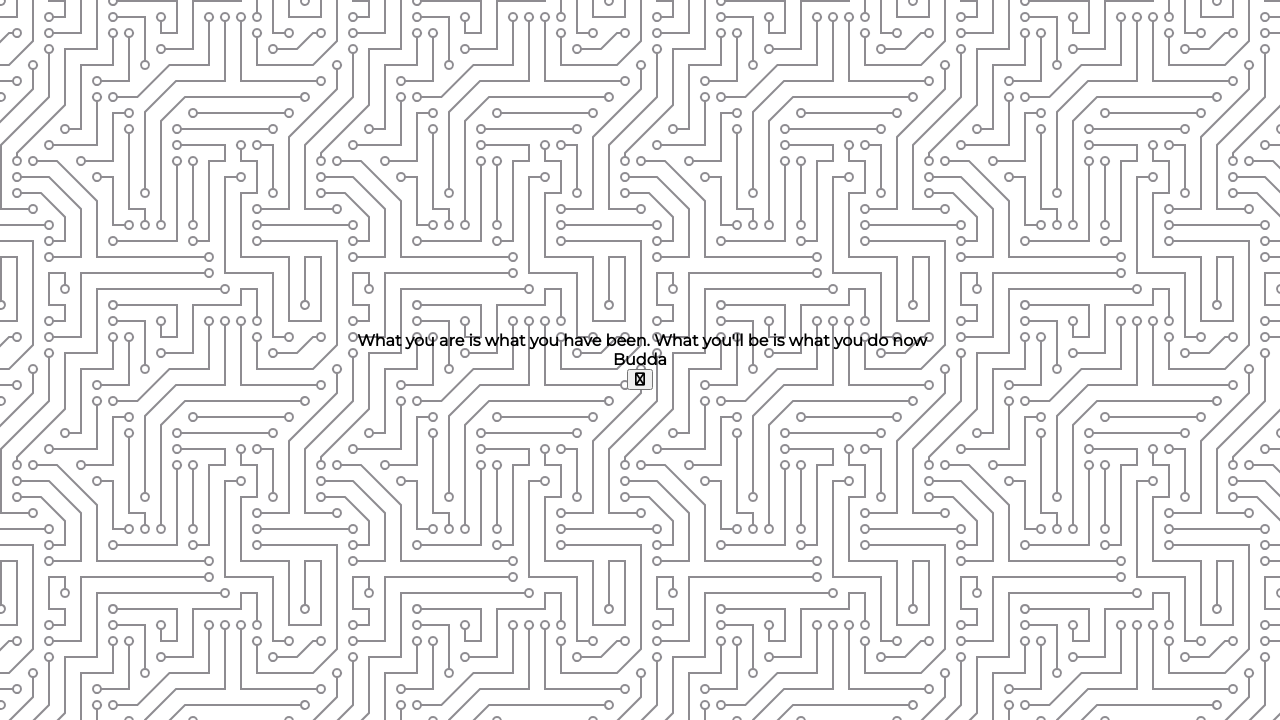
Repository: davidwood3/test-template
Page: .vscode/quote-generator/index.html
These files come from the project's save history. The page is drawn as it stood at one moment and after the next save; the edit follows.
The browser window is 1280 px wide. The pictures show the whole page.
Some icons come from a web library that is not loaded, so they are not drawn. Some web libraries are served in a nearby version.

Above is the page before, as saved 2023-07-25 19:02:45.
Console error: SyntaxError: Unexpected token '<'

### .vscode/quote-generator/index.html
<!DOCTYPE html>
<html lang="en">
<head>
    <meta charset="UTF-8">
    <meta name="viewport" content="width=device-width, initial-scale=1.0">
    <title>Quote Gererator</title>

    <script src="https://kit.fontawesome.com/f13702c793.js" crossorigin="anonymous"></script>

    <link rel="stylesheet" href="style.css"
</head>
<body>
   <div class="quote-container" id="quote-container">
    <!-- Quote -->
    <div class="quote-text">
    <i class="fas fa-quote-text"></i>
    <span id="quote">What you are is what you have been. What you'll be is what you do now</span
    </div>
    <!-- Author -->
    <div class="quote-author">
        <span id="author">Budda</span>
    </div>
    <!-- Buttons -->
        <button class="twitter-button" id="twitter" title="Tweet This!"">
            <i class="fas fa-twitter"></i>
        </button>
    <!-- Script  -->
   <script src="script.js"></script>
</body>
</html>

### .vscode/quote-generator/script.js
<!DOCTYPE html>

Loaded but not shown: .vscode/quote-generator/style.css (library)

After the next save:
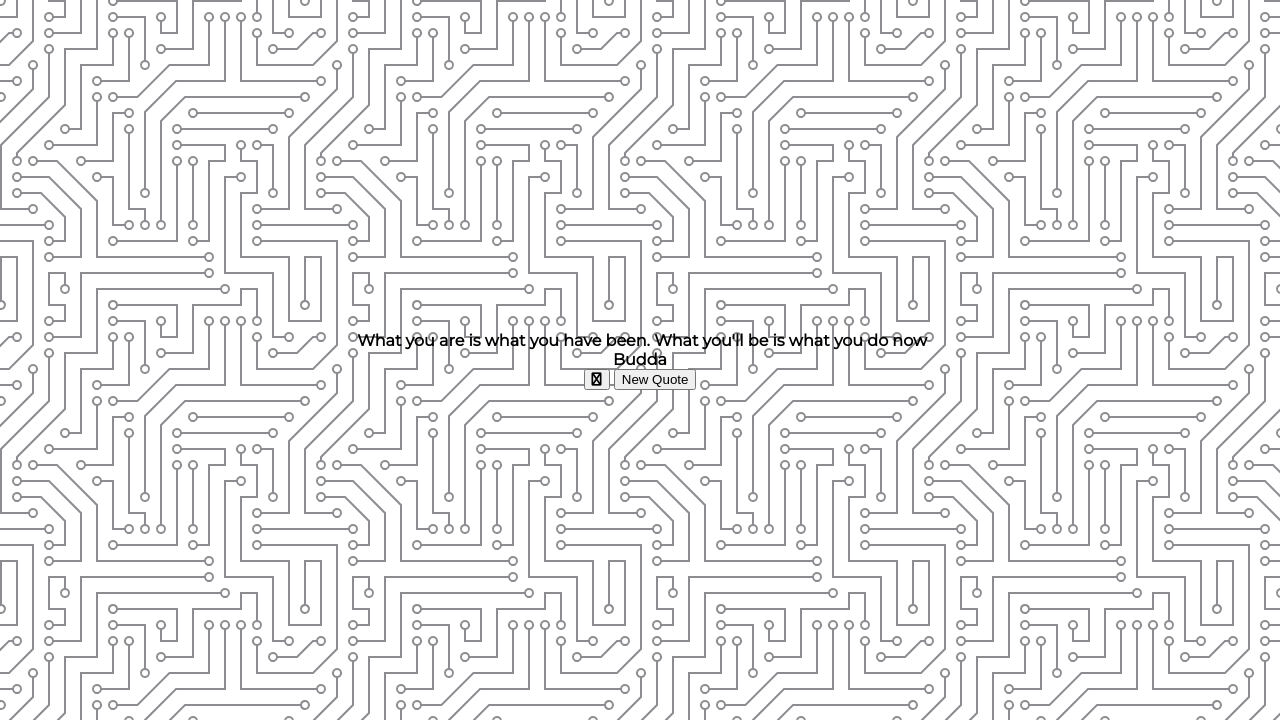
Saved 8 min 39 s later.
--- a/.vscode/quote-generator/index.html
+++ b/.vscode/quote-generator/index.html
@@ -24,6 +24,7 @@
         <button class="twitter-button" id="twitter" title="Tweet This!"">
             <i class="fas fa-twitter"></i>
         </button>
+        <button id="new-quote">New Quote</button>
     <!-- Script  -->
    <script src="script.js"></script>
 </body>
